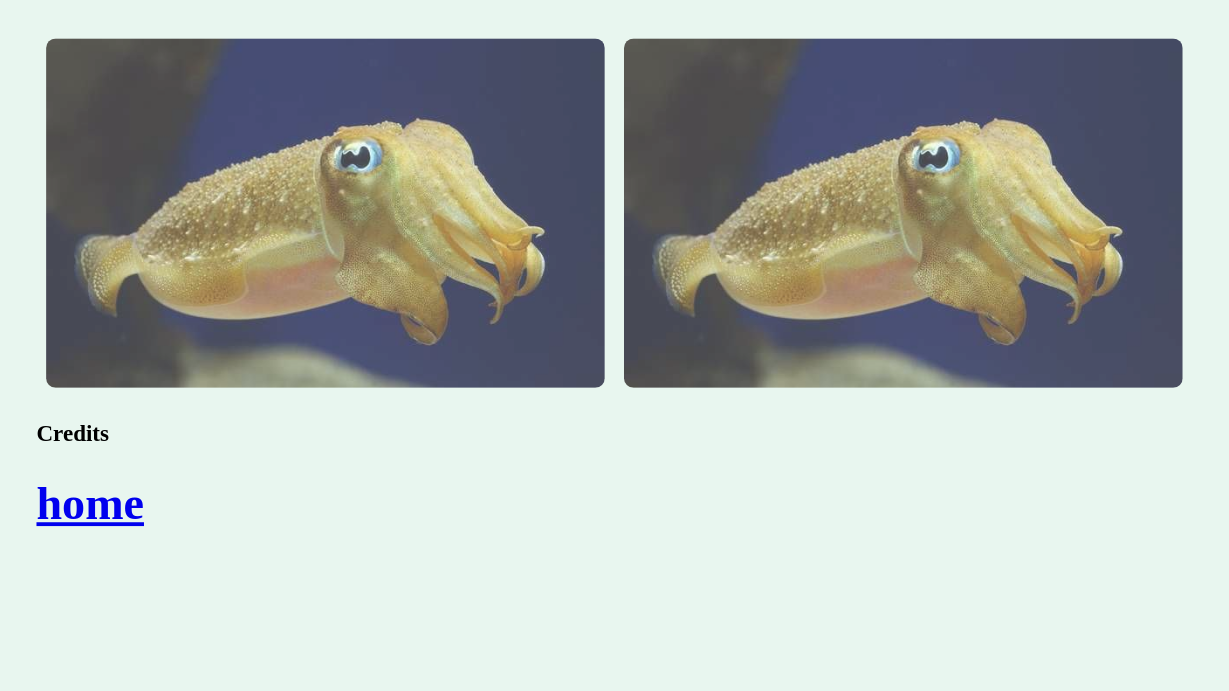
Repository: neomort/comm-lab-vid-site
Page: credits.html
These files come from the project's save history. The page is drawn as it stood at one moment and after the next save; the edit follows.
The browser window is 1280 px wide. The pictures show the whole page, at 96% of full size.

Above is the page before, as saved 2021-09-23 02:35:03.

After the next save:
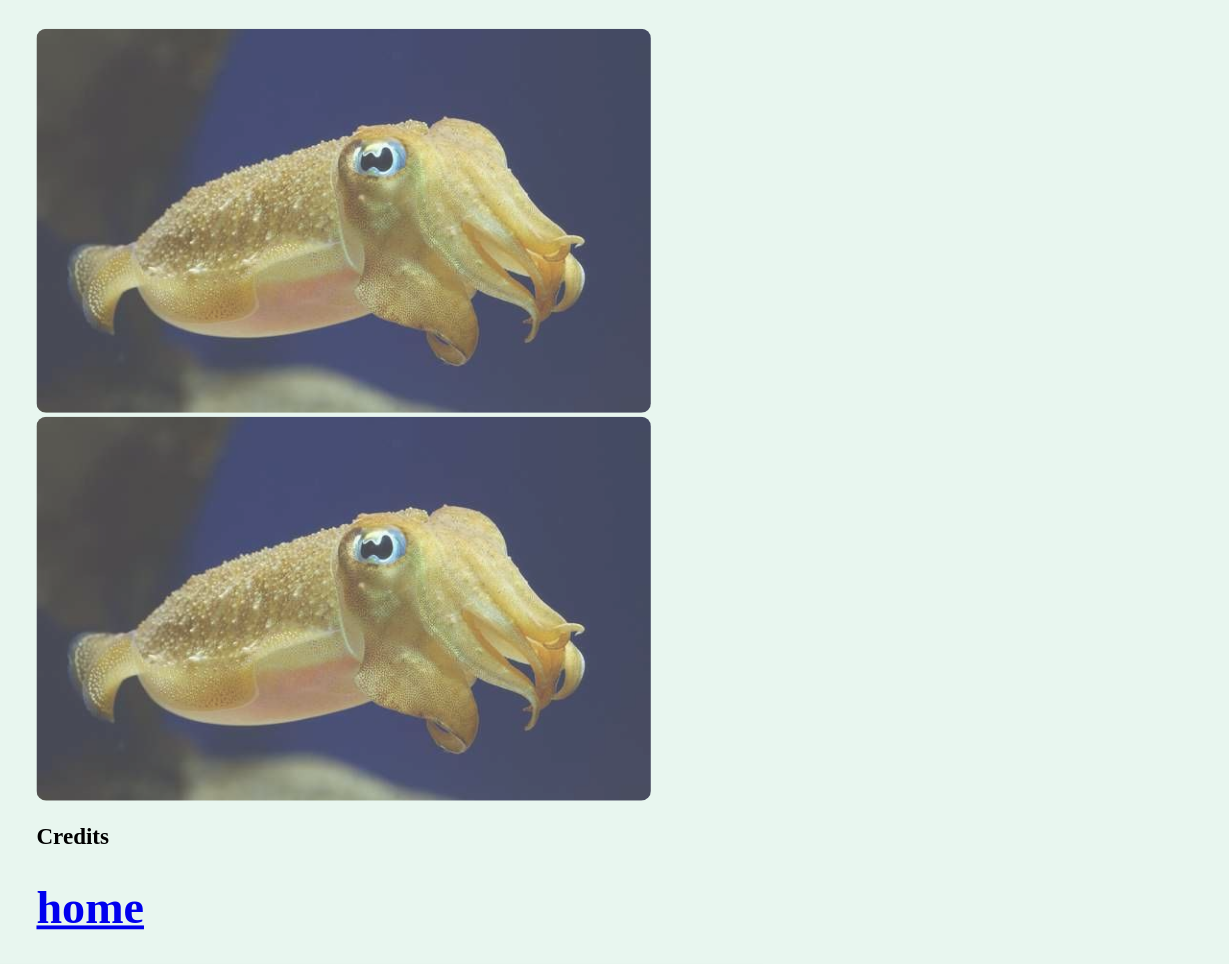
Saved 3 min 39 s later.
--- a/credits.html
+++ b/credits.html
@@ -11,13 +11,15 @@
     <div class="default-margin">
       <div class="row">
         <a href="watch.html">
-         <div class="column container">
+         <div class="container">
           <img class="image-1" src="images/cuddle.jpg" />
           <H1 class="font centered-text text-light show">Watch</H1>
         </div>
       </a>
+      </div>
+      <div class="row">
       <a href="links.html">
-        <div class="column-2 container">
+        <div class="container">
           <img class="image-1" src="images/cuddle.jpg" />
           <H1 class="font centered-text text-light show">Explore</H1>
         </div>
